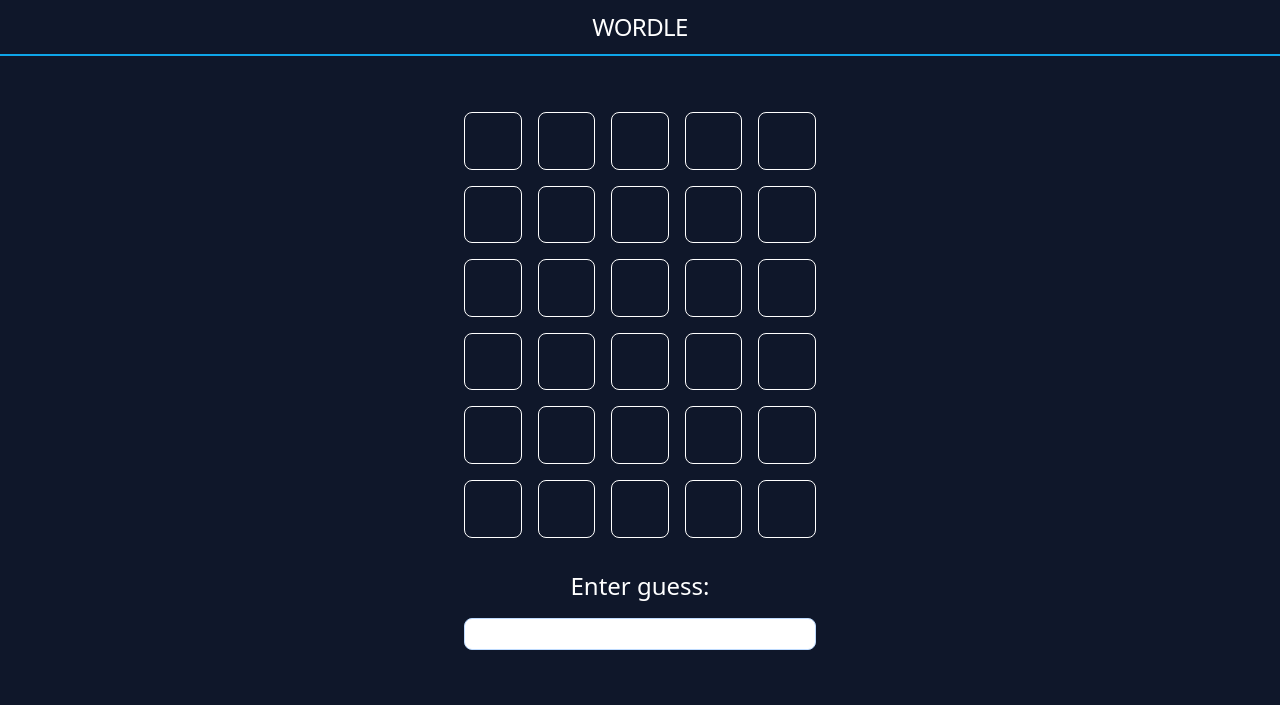
Repository: hjubsoni/basic-wordle-game
Page: / (app in client/)
The author's editor kept a copy of each file at every save. The page is drawn from the files as they stood at one save, then again after a run of saves.
The browser window is 1280 px wide. The pictures show the whole page.
The page's requests for data from a server got no answer. The project was rebuilt for these pictures with package versions that can differ from the ones it lists, and the page was loaded fresh each time. No one was signed in, and anything a server would have sent is missing. Also part of the build but not shown: client/vite.config.ts.

Above is the page before, as saved 2023-01-27 16:58:03.

### client/src/main.tsx
import React from 'react';
import ReactDOM from 'react-dom/client';
import App from './App';
import './index.css';

ReactDOM.createRoot(
  document.getElementById('root') as HTMLElement
).render(
  <React.StrictMode>
    <App />
  </React.StrictMode>
);

### client/src/App.tsx
import React from 'react';
import Header from './components/Header';
import Game from './components/Game';

function App() {
  return (
    <div className="h-full">
      <Header />
      <Game />
    </div>
  );
}

export default App;

### client/src/index.css
@tailwind base;
@tailwind components;
@tailwind utilities;

@layer base {
  html,
  body,
  #root {
    @apply h-full bg-slate-900;
  }
}

### client/src/components/Header/Header.tsx
import React from 'react';

function Header() {
  return (
    <header className="flex h-14 items-center justify-center  border-b-2 border-sky-500 ">
      <h2 className="uppercase text-white text-2xl tracking-tight">
        Wordle
      </h2>
    </header>
  );
}

export default Header;

### client/src/components/Game/Game.tsx
import React from 'react';
import { range } from '../../utils/range';
import Row from '../Row';
import Cell from '../Cell';
import Form from '../Form';

interface Styles {
  [key: string]: string;
}

function Game() {
  const [correctWord, setCorrectWord] = React.useState('');
  const [guessedWords, setGuessedWords] = React.useState<string[]>(
    new Array(6).fill('')
  );
  const [guess, setGuess] = React.useState<string>('');
  const [styles, setStyles] = React.useState<Styles[]>([]);

  const generateCorrectWord = async () => {
    const response = await fetch('http://localhost:5000/api');
    const words = await response.json();
    setCorrectWord(words[Math.floor(Math.random() * words.length)]);
  };

  React.useEffect(() => {
    generateCorrectWord();
  }, []);

  return (
    <main className="flex items-center justify-center flex-col gap-8 p-4 max-w-sm  mx-auto">
      <div className="flex gap-4 flex-col max-w-sm w-full rouded-lg mt-10 ">
        {guessedWords.map((row, rowIdx) => {
          return (
            <Row key={rowIdx}>
              {range(5).map((_, cellIdx) => (
                <Cell key={cellIdx} letter={row[cellIdx]} />
              ))}
            </Row>
          );
        })}
      </div>

      <Form
        guess={guess}
        setGuess={setGuess}
        guessedWords={guessedWords}
        setGuessedWords={setGuessedWords}
        correctWord={correctWord}
      />
    </main>
  );
}

export default Game;

### client/src/utils/range.tsx
export const range = (start: number, end?: number, step = 1) => {
  let output = [];
  if (typeof end === 'undefined') {
    end = start;
    start = 0;
  }
  for (let i = start; i < end; i += step) {
    output.push(i);
  }
  return output;
};

### client/src/components/Cell/index.tsx
export { default } from './Cell';

### client/src/components/Row/Row.tsx
import React from 'react';

function Row({ children }: { children: React.ReactNode }) {
  return <div className="flex gap-4">{children}</div>;
}

export default Row;

### client/src/components/Cell/Cell.tsx
import React from 'react';

function Cell({ letter }: { letter: string }) {
  return (
    <div className="border border-white flex-1 aspect-square rounded-lg text-white text-3xl uppercase flex items-center justify-center">
      {letter}
    </div>
  );
}

export default Cell;

### client/src/components/Form/Form.tsx
import React from 'react';

interface FormProps {
  guess: string;
  setGuess: React.Dispatch<React.SetStateAction<string>>;
  guessedWords: string[];
  setGuessedWords: React.Dispatch<React.SetStateAction<string[]>>;
  correctWord: string;
}

function Form({
  guess,
  setGuess,
  guessedWords,
  setGuessedWords,
  correctWord,
}: FormProps) {
  const [currentRow, setCurrentRow] = React.useState(0);
  const handleSubmit = (e: React.FormEvent<HTMLFormElement>) => {
    e.preventDefault();
    const guessedWordsCopy = [...guessedWords];
    guessedWordsCopy[currentRow] = guess;
    setGuessedWords(guessedWordsCopy);
    setGuess('');
    setCurrentRow(currentRow + 1);
  };
  return (
    <form
      onSubmit={handleSubmit}
      className="flex gap-4 items-center flex-col w-full"
    >
      <label htmlFor="guess" className="text-white text-2xl">
        Enter guess:
      </label>
      <input
        className="border border-blue-200 rounded-lg px-2 h-8 w-full"
        type="text"
        id="guess"
        name="guess"
        value={guess}
        onChange={(e) => setGuess(e.target.value)}
        required={true}
        min={'5'}
        max={'5'}
      />
    </form>
  );
}

export default Form;

Loaded but not shown: client/index.html (common file); client/src/components/Header/index.tsx (common file); client/src/components/Game/index.tsx (common file); client/src/components/Row/index.tsx (common file); client/src/components/Form/index.tsx (common file); client/tailwind.config.cjs (common file)

After the next 2 saves:
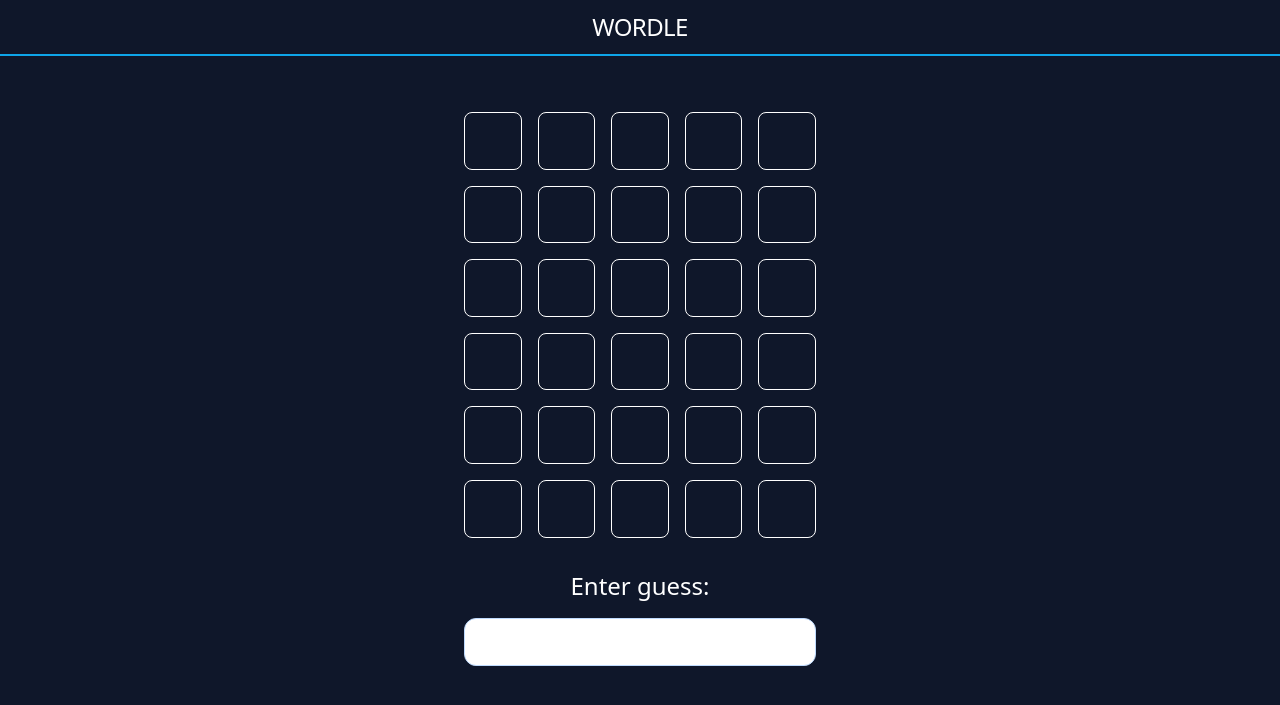
The 2 saves are shown as one change because they came seconds apart.
The last was saved 29 s later.
--- a/client/src/components/Form/Form.tsx
+++ b/client/src/components/Form/Form.tsx
@@ -33,7 +33,7 @@
         Enter guess:
       </label>
       <input
-        className="border border-blue-200 rounded-lg px-2 h-8 w-full"
+        className="border border-blue-200 rounded-xl px-2 h-12 w-full"
         type="text"
         id="guess"
         name="guess"
